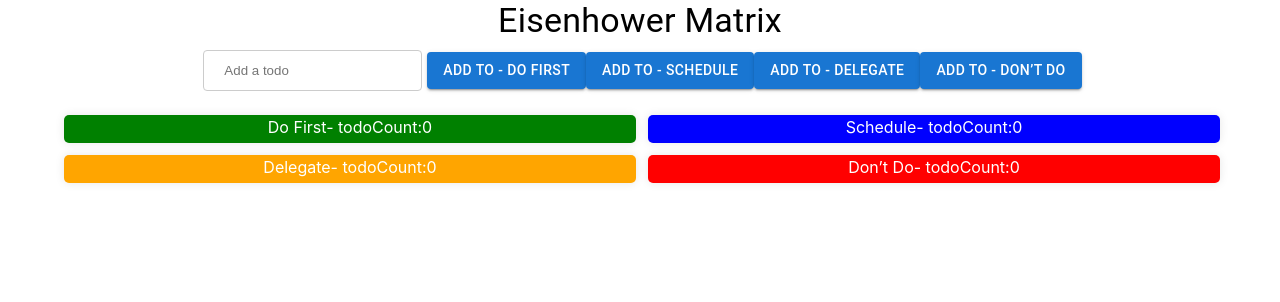
Repository: GokulDev4U/Krixi_react_assignment
Page: /, after clicking the first element matching `button.MuiButtonBase-root`
The author's editor kept a copy of each file at every save. The page is drawn from the files as they stood at one save, then again after the next save.
The browser window is 1280 px wide. The pictures show the whole page.
The project was rebuilt for these pictures with package versions that can differ from the ones it lists, and the page was loaded fresh each time.

Above is the page before, as saved 2022-04-04 16:54:20.

### src/App.js
import React, { useState } from "react";
import { Container, Grid, Button, Typography } from "@mui/material";
import Card from "./Components/card/Card";
import { useDispatch } from "react-redux";
import { addDoFirst } from "./features/todo/todoSlice";
import { addSchedule } from "./features/todo/todoScheduleSlice";
import { addDelegate } from "./features/todo/todoDelegateSlice";
import { addDontDo } from "./features/todo/todoDontDoSlice";
import "./App.css";

function App() {
  const dispatch = useDispatch();
  const [todo, setTodo] = useState("");
  let finalTodo = todo;
  const handleChange = (e) => {
    setTodo(e.target.value);
  };
  const handleDoFirstButtonClick = (e) => {
    e.preventDefault();
    e.stopPropagation();
    if (todo.length > 0) {
      dispatch(addDoFirst(finalTodo));
      setTodo("");
    }
  };
  const handleScheduleButtonClick = (e) => {
    e.preventDefault();
    e.stopPropagation();
    if (todo.length > 0) {
      dispatch(addSchedule(finalTodo));
      setTodo("");
    }
  };
  const handleDelegateButtonClick = (e) => {
    e.preventDefault();
    e.stopPropagation();
    if (todo.length > 0) {
      dispatch(addDelegate(finalTodo));
      setTodo("");
    }
  };
  const handleDontDoButtonClick = (e) => {
    e.preventDefault();
    e.stopPropagation();
    if (todo.length > 0) {
      dispatch(addDontDo(finalTodo));
      setTodo("");
    }
  };
  return (
    <div className="App">
      <Container sx={{ flexGrow: 1 }}>
        <Typography variant="h4">Eisenhower Matrix</Typography>
        <Grid container spacing={2}>
          <Grid item xs={12}>
            <input
              type="text"
              placeholder="Add a todo"
              value={todo}
              onChange={handleChange}
            />
            <Button
              variant="contained"
              color="primary"
              onClick={handleDoFirstButtonClick}
            >
              Add to - do first
            </Button>
            <Button
              variant="contained"
              color="primary"
              onClick={handleScheduleButtonClick}
            >
              Add to - Schedule
            </Button>
            <Button
              variant="contained"
              color="primary"
              onClick={handleDelegateButtonClick}
            >
              Add to - Delegate
            </Button>
            <Button
              variant="contained"
              color="primary"
              onClick={handleDontDoButtonClick}
            >
              Add to - Don’t Do
            </Button>
          </Grid>
          <Grid item xs={6}>
            <Card color="green" title="Do First" flag="doFirst" />
          </Grid>
          <Grid item xs={6}>
            <Card color="blue" title="Schedule" flag="schedule" />
          </Grid>
          <Grid item xs={6}>
            <Card color="orange" title="Delegate" flag="delegate" />
          </Grid>
          <Grid item xs={6}>
            <Card color="red" title="Don’t Do" flag="dontDo" />
          </Grid>
        </Grid>
      </Container>
    </div>
  );
}

export default App;

### src/app/store.js
import { configureStore } from "@reduxjs/toolkit";
import todoReducer from "../features/todo/todoSlice";
import todoScheduleReducer from "../features/todo/todoScheduleSlice";
import todoDelegateReducer from "../features/todo/todoDelegateSlice";
import todoDontDoReducer from "../features/todo/todoDontDoSlice";

export const store = configureStore({
  reducer: {
    todo: todoReducer,
    todoSchedule: todoScheduleReducer,
    todoDelegate: todoDelegateReducer,
    todoDontDo: todoDontDoReducer,
  },
});

### src/Components/card/Card.jsx
import React from 'react';
import { useSelector } from 'react-redux';
import { selectTodoDoFirst } from '../../features/todo/todoSlice';
import { selectTodoSchedule } from '../../features/todo/todoScheduleSlice';
import { selectTodoDelegate } from '../../features/todo/todoDelegateSlice';
import { selectTodoDontDo } from '../../features/todo/todoDontDoSlice';
import EditIcon from '@mui/icons-material/Edit';
import DeleteIcon from '@mui/icons-material/Delete';
import './Card.css';

const Card = ({ color, title, flag }) => {
  const todosDoFirst = useSelector(selectTodoDoFirst);
  const todosSchedule = useSelector(selectTodoSchedule);
  const todosDelegate = useSelector(selectTodoDelegate);
  const todosDontDo = useSelector(selectTodoDontDo);

  let todosDoFirstLength = todosDoFirst.length;
  let todosScheduleLength = todosSchedule.length;
  let todosDelegateLength = todosDelegate.length;
  let todosDontDoLength = todosDontDo.length;

  return (
    <div className='box' style={{ backgroundColor: `${color}` }}>
      <div className="card-title">
        {`${title}- todoCount:${Number((flag === "doFirst" && todosDoFirstLength) || (flag === "schedule" && todosScheduleLength) || (flag === "delegate" && todosDelegateLength) || (flag === "dontDo" && todosDontDoLength))}`}
      </div>
      <div className="card-content">
        <div className="card-content-item">
          {flag === "doFirst" && todosDoFirst?.map((todo, index) => (
            <div key={index}>
              {todo}
            </div>
          ))}
        </div>
        <div className="card-content-item">
          {flag === "schedule" && todosSchedule?.map((todo, index) => (
            <div key={index}>
              {todo}
            </div>
          ))}
        </div>
        <div className="card-content-item">
          {flag === "delegate" && todosDelegate?.map((todo, index) => (
            <div key={index}>
              {todo}
            </div>
          ))}
        </div>
        <div className="card-content-item">
          {flag === "dontDo" && todosDontDo?.map((todo, index) => (
            <div key={index}>
              {todo}
            </div>
          ))}
        </div>
      </div>
    </div>
  );
};

export default Card;

### src/features/todo/todoSlice.jsx
import { createSlice } from "@reduxjs/toolkit";

const initialState = {
    doFirst: [],
    // schedule: [],
    // delegate: [],
    // dontDo: [],
};

export const todoSlice = createSlice({
    name: "todo",
    initialState,
    reducers: {
        addDoFirst: (state, action) => {
            state.doFirst.push(action.payload);
        },
        // addSchedule: (state, action) => {
        //     state.schedule.push(action.payload);
        // },
        // addDelegate: (state, action) => {
        //     state.delegate.push(action.payload);
        // },
        // addDontDo: (state, action) => {
        //     state.dontDo.push(action.payload);
        // },
        remove: (state) => {
            // state.value -= 1;
        },
        edit: (state, action) => {
            // state.value += action.payload;
        },
    },
});

export const { addDoFirst, addDelegate, addSchedule, addDontDo, remove, edit } = todoSlice.actions;

export const selectTodoDoFirst = (state) => state.todo.doFirst;
// export const selectTodoSchedule = (state) => state.todo.schedule;
// export const selectTodoDelegate = (state) => state.todo.delegate;
// export const selectTodoDontDo = (state) => state.todo.dontDo;

export default todoSlice.reducer;

### src/features/todo/todoScheduleSlice.jsx
import { createSlice } from "@reduxjs/toolkit";

const initialState = {
    schedule: [],
};

export const todoScheduleSlice = createSlice({
    name: "todoSchedule",
    initialState,
    reducers: {
        addSchedule: (state, action) => {
            state.schedule.push(action.payload);
        },
        remove: (state) => {

        },
        edit: (state, action) => {

        },
    },
});

export const { addSchedule, remove, edit } = todoScheduleSlice.actions;

export const selectTodoSchedule = (state) => state.todoSchedule.schedule;

export default todoScheduleSlice.reducer;

### src/features/todo/todoDelegateSlice.jsx
import { createSlice } from "@reduxjs/toolkit";

const initialState = {
    delegate: [],
};

export const todoDelegateSlice = createSlice({
    name: "todoDelegate",
    initialState,
    reducers: {
        addDelegate: (state, action) => {
            state.delegate.push(action.payload);
        },
        remove: (state) => {

        },
        edit: (state, action) => {

        },
    },
});

export const { addDelegate, remove, edit } = todoDelegateSlice.actions;

export const selectTodoDelegate = (state) => state.todoDelegate.delegate;

export default todoDelegateSlice.reducer;

### src/features/todo/todoDontDoSlice.jsx
import { createSlice } from "@reduxjs/toolkit";

const initialState = {
    dontDo: [],
};

export const todoDontDoSlice = createSlice({
    name: "todoDontDo",
    initialState,
    reducers: {
        addDontDo: (state, action) => {
            state.dontDo.push(action.payload);
        },
        remove: (state) => {

        },
        edit: (state, action) => {

        },
    },
});

export const { addDontDo, remove, edit } = todoDontDoSlice.actions;

export const selectTodoDontDo = (state) => state.todoDontDo.dontDo;

export default todoDontDoSlice.reducer;

### src/App.css
.App {
  text-align: center;
}

input[type=text]{
  /* width: 100%; */
  padding: 12px 20px;
  margin: 8px 5px;
  display: inline-block;
  border: 1px solid #ccc;
  border-radius: 4px;
  box-sizing: border-box;
}

Button {
  margin-right: 5px;
}

### src/Components/card/Card.css
 .box{
    width: 100%;
    height: 100%;
    color: #fff;
    border-radius: 5px;
    box-shadow: 0 0 10px rgba(0,0,0,0.1);
    overflow: hidden;
    cursor: pointer;
    padding: 2px;
 }

Loaded but not shown: public/index.html (common file); src/index.js (common file); src/index.css (common file); src/serviceWorker.js (common file)

After the next save:
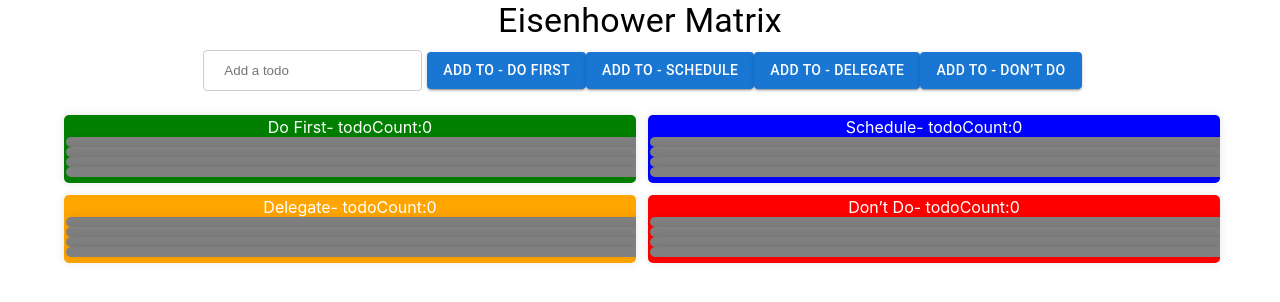
Saved 2 min 1 s later.
--- a/src/Components/card/Card.css
+++ b/src/Components/card/Card.css
@@ -8,3 +8,12 @@
     cursor: pointer;
     padding: 2px;
  }
+
+ .card-content-item{
+      width: 100%;
+      height: 100%;
+      padding: 5px;
+      border-radius: 5px;
+      box-shadow: 0 0 10px rgba(0,0,0,0.1);
+      background-color: grey;
+ }

After the save that followed:
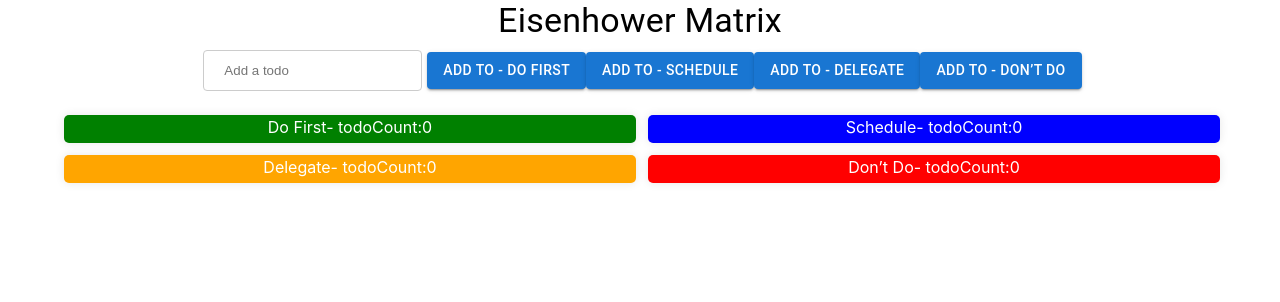
Saved 46 s later.
--- a/src/Components/card/Card.css
+++ b/src/Components/card/Card.css
@@ -12,8 +12,8 @@
  .card-content-item{
       width: 100%;
       height: 100%;
-      padding: 5px;
-      border-radius: 5px;
+      /* padding: 5px;
+      border-radius: 5px; */
       box-shadow: 0 0 10px rgba(0,0,0,0.1);
       background-color: grey;
  }
